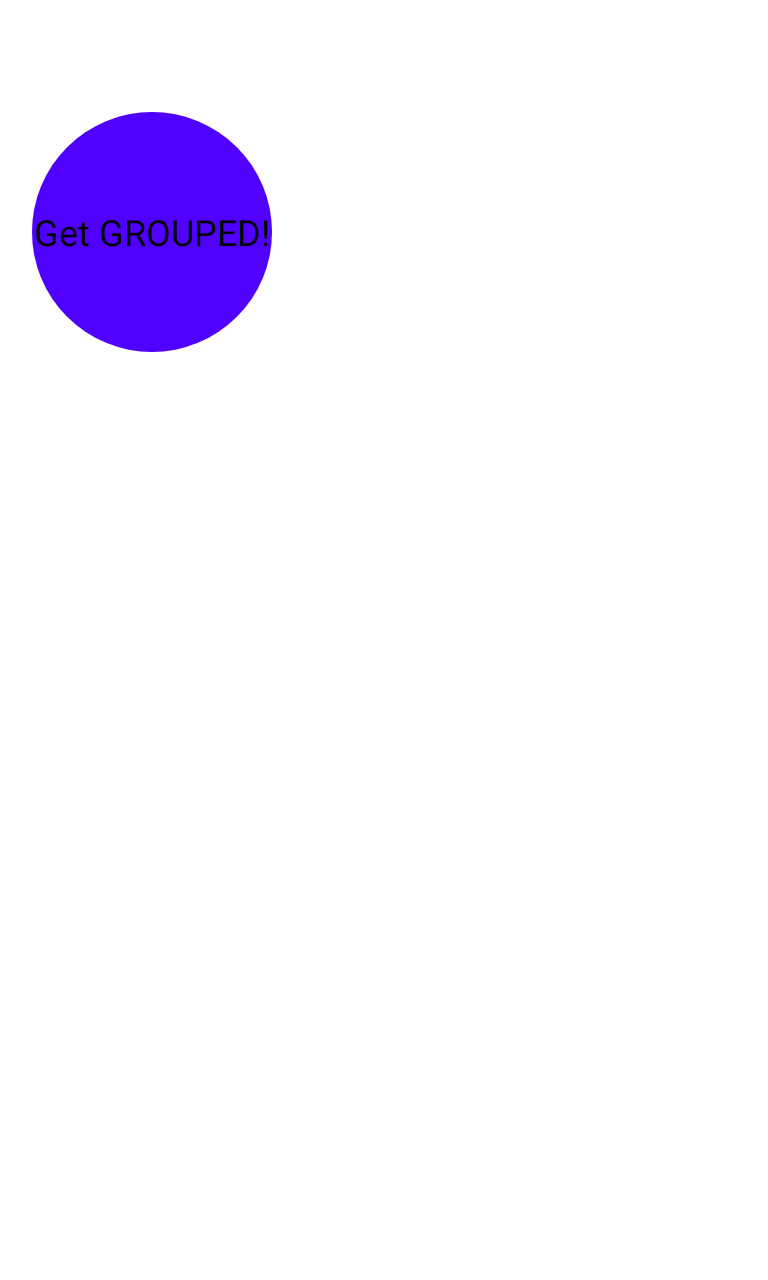
Repository: cs4471/grouped-client
Layout: Grouped/res/layout/activity_main.xml
An editor plug-in stored every save of this project. The layout is shown before and after the next save, followed by the edit.
It is drawn on a 768 x 1280 px phone screen (xhdpi) without system bars, with theme AppTheme; the app's code is not run.

Above is the layout before, as saved 2013-09-27 06:36:52.

After the next save:
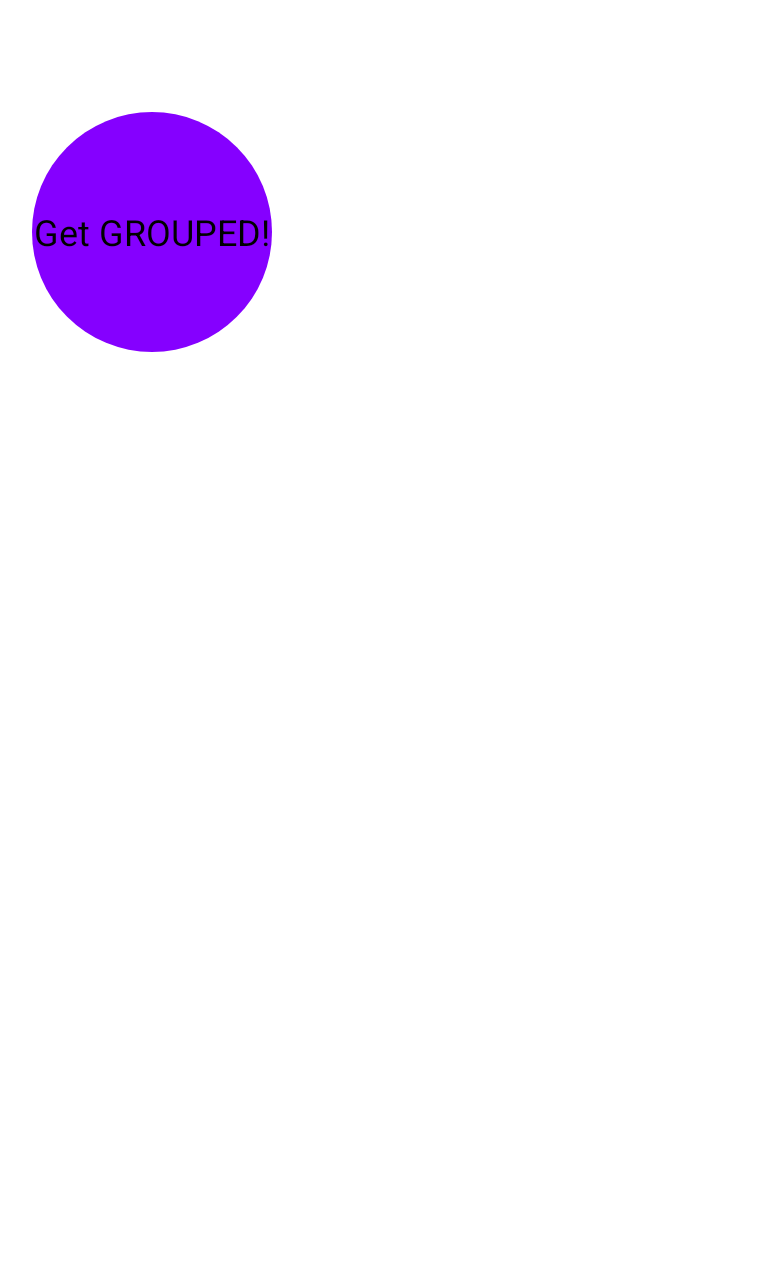
Saved 8 s later.
--- a/Grouped/res/drawable/GetGroupedButton.xml
+++ b/Grouped/res/drawable/GetGroupedButton.xml
@@ -4,7 +4,7 @@
     android:shape="oval">
 
    <solid
-       android:color="#4f00ff"/>
+       android:color="#8500ff"/>
 
    <size
        android:width="120dp"
